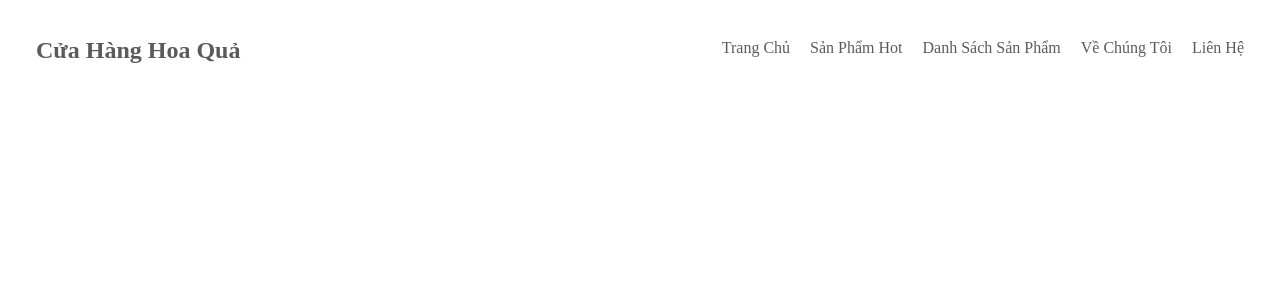
Repository: kieuduc123/HoaQua
Page: index.html
The author's editor kept a copy of each file at every save. The page is drawn from the files as they stood at one save, then again after the next save.
The browser window is 1280 px wide. The pictures show the whole page.

Above is the page before, as saved 2023-11-29 21:01:05.

### index.html
<!DOCTYPE html>
<html lang="en">
<head>
    <meta charset="UTF-8">
    <meta name="viewport" content="width=device-width, initial-scale=1.0">
    <link rel="stylesheet" href="./asset/style.css">
    <title>Cửa Hàng Hoa Quả</title>
</head>
<body>
    <div class="container">
        <div class="header">
                <h1><a href="#">Cửa Hàng Hoa Quả</a></h1>
        <div class="nav">
            <ul>
                <li><a href="#">Trang Chủ</a></li>
                <li><a href="">Sản Phẩm Hot</a></li>
                <li><a href="">Danh Sách Sản Phẩm</a></li>
                <li><a href="">Về Chúng Tôi</a></li>
                <li><a href="">Liên Hệ</a></li>
            </ul>
        </div>
        </div>
    </div>

</body>
</html>

### asset/style.css
li ,a{
    color: #5b5b5b;
    text-decoration: none;
    list-style: none;
}
.container {
    margin: 0 auto;
    width: 1208px;
}
.header {
    display: flex;
    justify-content: space-between;
    align-items: center;
}
.header h1 a {
    font-size: 24px;
    font-weight: 700;
}
.header ul{
    display: flex;
    justify-content: center;
    align-items: center;
}
.header li{
    padding-left: 20px;
}
.header li a {
    font-size: 16px;
}

After the next save:
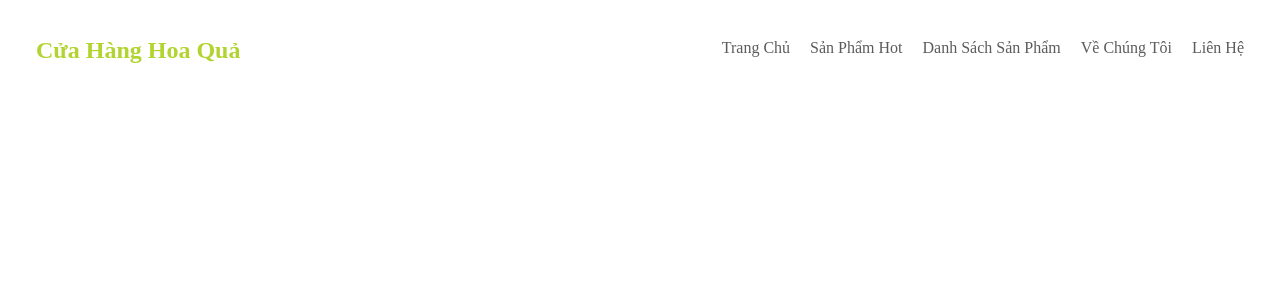
Saved 59 s later.
--- a/asset/style.css
+++ b/asset/style.css
@@ -15,6 +15,7 @@ li ,a{
 .header h1 a {
     font-size: 24px;
     font-weight: 700;
+     color: #B2D430;
 }
 .header ul{
     display: flex;
